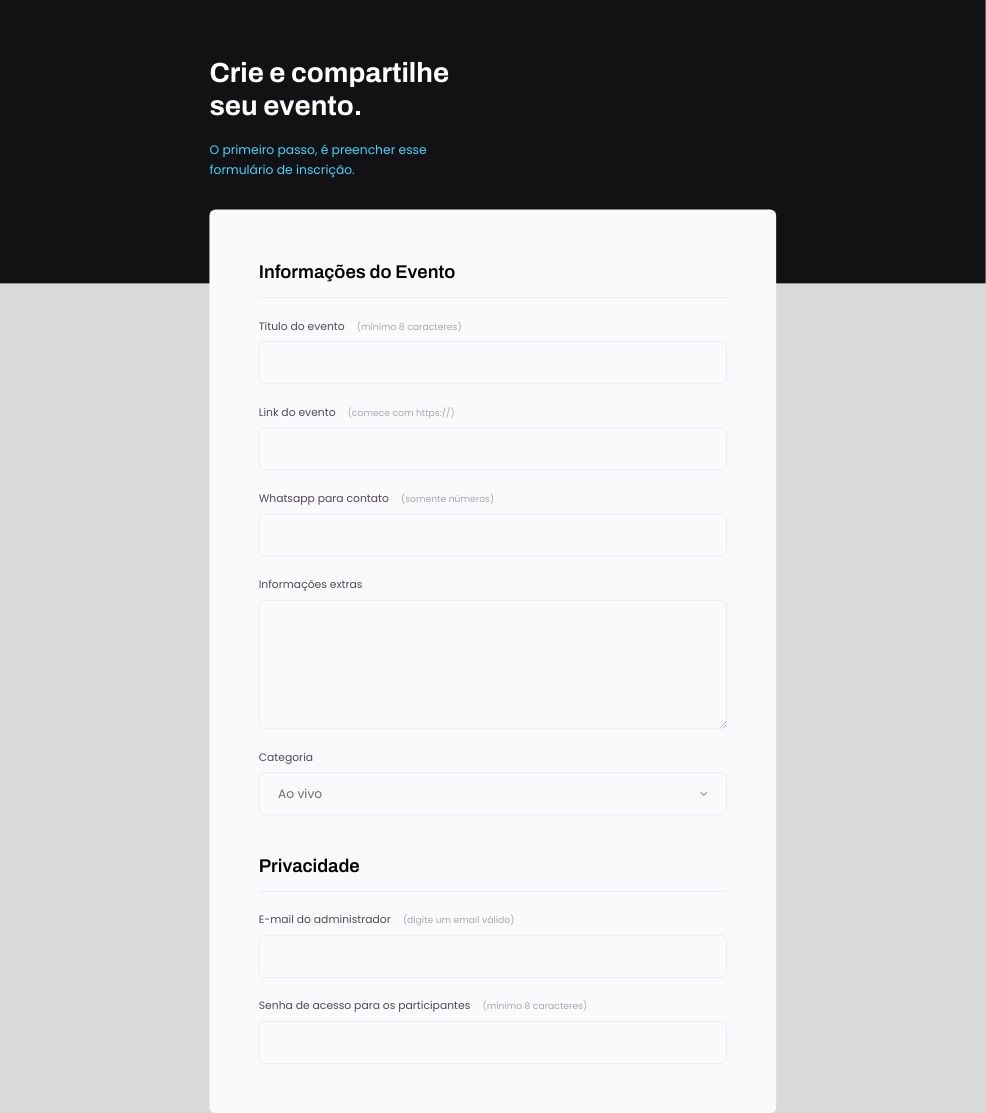
Repository: devMuriloOliveira/Formulario
Page: index.html
The author's editor kept a copy of each file at every save. The page is drawn from the files as they stood at one save, then again after the next save.
The browser window is 1280 px wide. The pictures show the whole page, at 77% of full size.

Above is the page before, as saved 2023-11-02 21:09:17.

### index.html
<!DOCTYPE html>
<html lang="en">
  <head>
    <link rel="preconnect" href="https://fonts.googleapis.com" />
    <link rel="preconnect" href="https://fonts.gstatic.com" crossorigin />
    <meta charset="UTF-8" />
    <meta name="viewport" content="width=device-width, initial-scale=1.0" />
    <title>Crie seu evento</title>
    <link rel="stylesheet" href="style.css" />

    <link
      href="https://fonts.googleapis.com/css2?family=Archivo:wght@600;700&family=Poppins&display=swap"
      rel="stylesheet"
    />
  </head>
  <body>
    <div class="page">
      <header>
        <h1>Crie e compartilhe seu evento.</h1>
        <p>O primeiro passo, é preencher esse formulário de inscrição.</p>
      </header>

      <form>
        <fieldset>
          <div class="fieldset-wrapper">
            <legend>Informações do Evento</legend>

            <div class="input-wrapper">
              <label for="event-title">
                Título do evento <span>(mínimo 8 caracteres)</span>
              </label>
              <input type="text" id="event-title" />
            </div>

            <div class="input-wrapper">
              <label for="event-link">
                Link do evento <span>(comece com https://)</span>
              </label>
              <input type="url" id="event-link" />
            </div>

            <div class="input-wrapper">
              <label for="event-whatsapp">
                Whatsapp para contato <span>(somente números)</span>
              </label>
              <input type="number" id="event-whatsapp" />
            </div>

            <div class="input-wrapper">
              <label for="event-info">Informações extras</label>
              <textarea id="event-info"></textarea>
            </div>

            <div class="input-wrapper">
              <label for="event-category"> Categoria </label>
              <select id="event-category">
                <option value="live">Ao vivo</option>
                <option value="podcast">Podcast</option>
                <option value="mentorship">Mentoria</option>
              </select>
            </div>
          </div>
        </fieldset>

        <fieldset>
          <div class="fieldset-wrapper">
            <legend>Privacidade</legend>

            <div class="input-wrapper">
              <label for="event-email">
                E-mail do administrador <span>(digite um email válido)</span>
              </label>
              <input type="email" id="event-email" />
            </div>

            <div class="input-wrapper">
              <label for="event-password">
                Senha de acesso para os participantes
                <span>(mínimo 8 caracteres)</span>
              </label>
              <input type="password" id="event-password" />
            </div>
          </div>
        </fieldset>
      </form>
    </div>
  </body>
</html>

### style.css
*{
  padding: 0;
  margin: 0;
  box-sizing: border-box;
}

body, input, button, select, textarea{
  font-family: 'Poppins', sans-serif;
}

body{
  background-color: #D9D9D9;
}

body::before{
  content: '';
  width: 100%;
  height: 368px;

  position: absolute;
  top: 0;
  left: 0;
  z-index: -1;
  background: #121214;
}

.page{
  width: 736px;
  margin: auto;
}

header{
  width: 319px;
  margin-top: 74px;

}

header h1{
  font-family: 'Archivo', sans-serif;
  font-weight: bold;

  font-size: 36px;
  line-height: 42px;
  color: white;

  margin-bottom: 24px;
}

header p{
  color: #42D3FF;
  font-size: 16px;
  line-height: 26px;
}

form{
  margin-top: 38px;
  background: #FAFAFC;

  border-radius: 8px;
  min-height: 300px;

  padding: 64px;

  display: flex;
  flex-direction: column;
  gap: 48px;
}

fieldset{
  border: none;
}

.fieldset-wrapper{
  display: flex;
  flex-direction: column;
  gap: 24px;
}


fieldset legend{
  font-family: 'Archivo';
  font-weight: 600;
  font-size: 24px;
  line-height: 34px;

  width: 100%;
  border-bottom: 1px solid #E6E6F0;

  padding-bottom: 16px;
}

.input-wrapper{
  display: flex;
  flex-direction: column;
}

.input-wrapper label{
  font-size: 14px;
  line-height: 24px;

  color: #4E4958;
  margin-bottom: 8px;
}

.input-wrapper label span{
  margin-left: 12px;

  line-height: 20px;
  font-size: 12px;
  color: #a9a7af;
}

.input-wrapper label span:hover{
  color: #6c6a71;
}

 .input-wrapper input,
 .input-wrapper textarea,
 .input-wrapper select{
  background: #FAFAFC;

  border: 1px solid #E6E6F0;
  border-radius: 8px;
  height: 56px;

  padding: 0 24px;
  font-size: 16px;

  line-height: 26px;

  color: #6C6A71;
}

.input-wrapper textarea{
 padding: 0;
 height: 168px;


}

.input-wrapper select{
  appearance: none;
  background-image: url("data:[embedded picture, 242 characters]");
  background-repeat: no-repeat;
  background-position: right 24px top 50%;
}

After the next save:
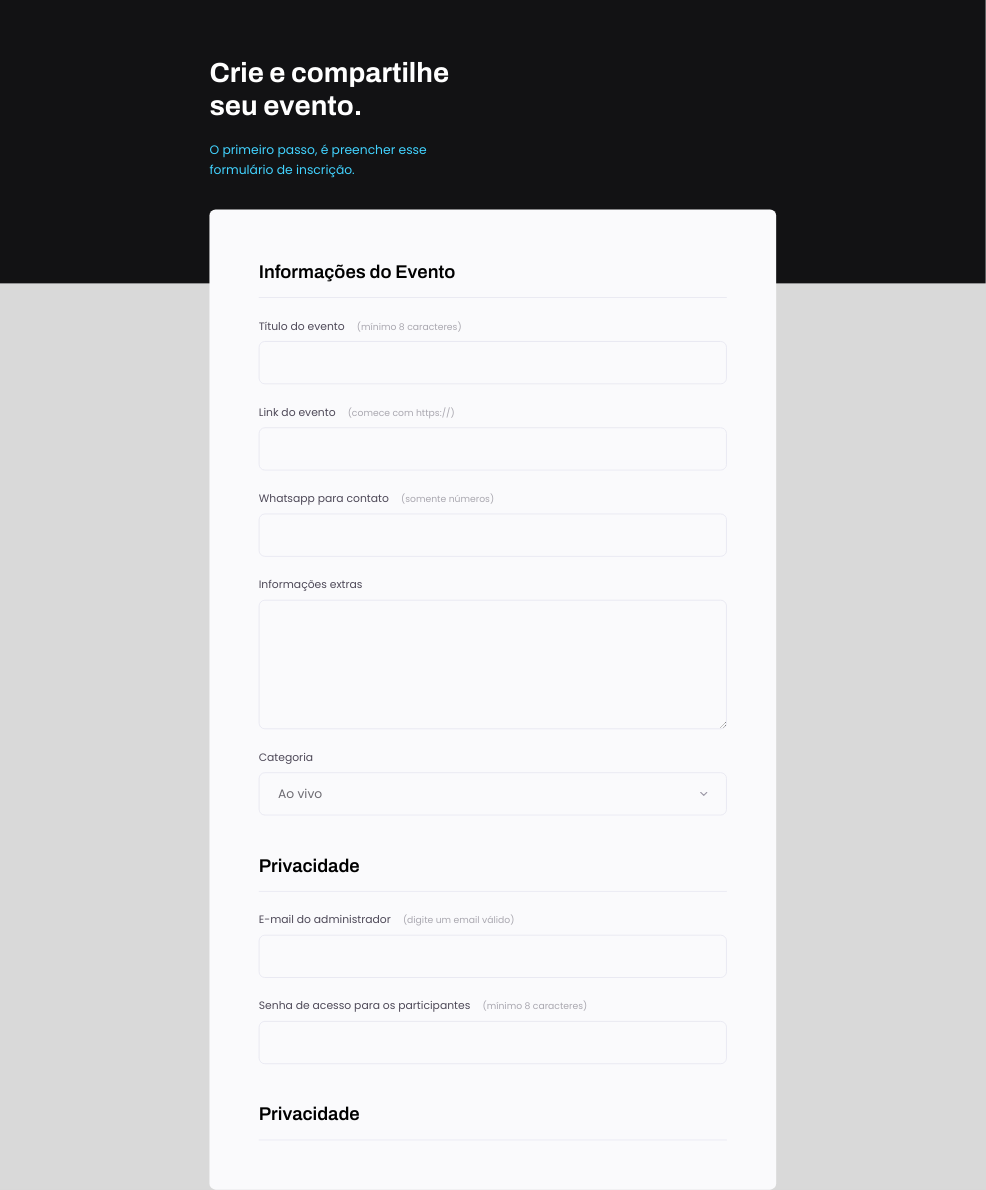
Saved 60 s later.
--- a/index.html
+++ b/index.html
@@ -82,6 +82,12 @@
             </div>
           </div>
         </fieldset>
+
+        <fieldset>
+          <div class="fieldset-wrapper">
+            <legend>Privacidade</legend>
+          </div>
+        </fieldset>
       </form>
     </div>
   </body>
